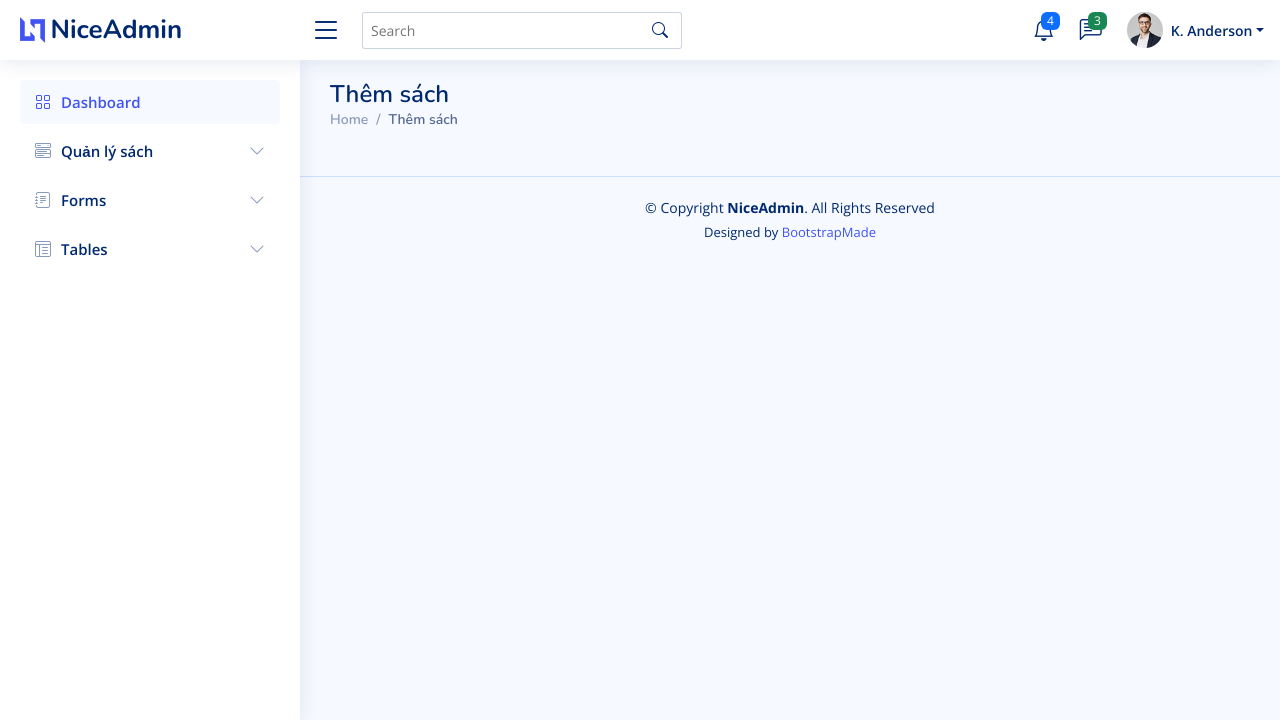
Repository: Hoainam7895123/library_manager
Page: http://localhost/library_manager/addBook.jsp
These files come from the project's save history. The page is drawn as it stood at one moment and after the next save; the edit follows.
The browser window is 1280 px wide. The pictures show the whole page.
The page is served by Tomcat 9. Other server files are loaded and not shown.

Above is the page before, as saved 2024-06-06 01:07:19.

### library_manager/src/main/webapp/addBook.jsp
<%@page import="java.util.ArrayList"%>
<%@page import="model.Book"%>
<%@ page language="java" contentType="text/html; charset=UTF-8"
	pageEncoding="UTF-8"%>
<!DOCTYPE html>
<html lang="en">

<head>
<meta charset="utf-8">
<meta content="width=device-width, initial-scale=1.0" name="viewport">

<title>Dashboard - NiceAdmin Bootstrap Template</title>
<meta content="" name="description">
<meta content="" name="keywords">

<!-- Favicons -->
<link href="/img/favicon.png" rel="icon">
<link href="/img/apple-touch-icon.png" rel="apple-touch-icon">

<!-- Google Fonts -->
<link href="https://fonts.gstatic.com" rel="preconnect">
<link
	href="https://fonts.googleapis.com/css?family=Open+Sans:300,300i,400,400i,600,600i,700,700i|Nunito:300,300i,400,400i,600,600i,700,700i|Poppins:300,300i,400,400i,500,500i,600,600i,700,700i"
	rel="stylesheet">

<!-- Vendor CSS Files -->
<link href="css/bootstrap.min.css" rel="stylesheet">
<link href="css/bootstrap-icons/bootstrap-icons.css" rel="stylesheet">
<link href="css/boxicons.min.css" rel="stylesheet">
<link href="css/quill.snow.css" rel="stylesheet">
<link href="css/quill.bubble.css" rel="stylesheet">
<link href="css/remixicon.css" rel="stylesheet">
<link href="css/style.css" rel="stylesheet">

<!-- Template Main CSS File -->
<link href="css/stylex.css" rel="stylesheet">

<!-- =======================================================
  * Template Name: NiceAdmin
  * Template URL: https://bootstrapmade.com/nice-admin-bootstrap-admin-html-template/
  * Updated: Apr 20 2024 with Bootstrap v5.3.3
  * Author: BootstrapMade.com
  * License: https://bootstrapmade.com/license/
  ======================================================== -->
</head>

<body>

	<!-- ======= Header ======= -->
	<header id="header" class="header fixed-top d-flex align-items-center">

		<div class="d-flex align-items-center justify-content-between">
			<a href="index.html" class="logo d-flex align-items-center"> <img
				src="assets/img/logo.png" alt=""> <span
				class="d-none d-lg-block">NiceAdmin</span>
			</a> <i class="bi bi-list toggle-sidebar-btn"></i>
		</div>
		<!-- End Logo -->

		<div class="search-bar">
			<form class="search-form d-flex align-items-center" method="POST"
				action="#">
				<input type="text" name="query" placeholder="Search"
					title="Enter search keyword">
				<button type="submit" title="Search">
					<i class="bi bi-search"></i>
				</button>
			</form>
		</div>
		<!-- End Search Bar -->

		<nav class="header-nav ms-auto">
			<ul class="d-flex align-items-center">

				<li class="nav-item d-block d-lg-none"><a
					class="nav-link nav-icon search-bar-toggle " href="#"> <i
						class="bi bi-search"></i>
				</a></li>
				<!-- End Search Icon-->

				<li class="nav-item dropdown"><a class="nav-link nav-icon"
					href="#" data-bs-toggle="dropdown"> <i class="bi bi-bell"></i>
						<span class="badge bg-primary badge-number">4</span>
				</a> <!-- End Notification Icon -->

					<ul
						class="dropdown-menu dropdown-menu-end dropdown-menu-arrow notifications">
						<li class="dropdown-header">You have 4 new notifications <a
							href="#"><span class="badge rounded-pill bg-primary p-2 ms-2">View
									all</span></a>
						</li>
						<li>
							<hr class="dropdown-divider">
						</li>

						<li class="notification-item"><i
							class="bi bi-exclamation-circle text-warning"></i>
							<div>
								<h4>Lorem Ipsum</h4>
								<p>Quae dolorem earum veritatis oditseno</p>
								<p>30 min. ago</p>
							</div></li>

						<li>
							<hr class="dropdown-divider">
						</li>

						<li class="notification-item"><i
							class="bi bi-x-circle text-danger"></i>
							<div>
								<h4>Atque rerum nesciunt</h4>
								<p>Quae dolorem earum veritatis oditseno</p>
								<p>1 hr. ago</p>
							</div></li>

						<li>
							<hr class="dropdown-divider">
						</li>

						<li class="notification-item"><i
							class="bi bi-check-circle text-success"></i>
							<div>
								<h4>Sit rerum fuga</h4>
								<p>Quae dolorem earum veritatis oditseno</p>
								<p>2 hrs. ago</p>
							</div></li>

						<li>
							<hr class="dropdown-divider">
						</li>

						<li class="notification-item"><i
							class="bi bi-info-circle text-primary"></i>
							<div>
								<h4>Dicta reprehenderit</h4>
								<p>Quae dolorem earum veritatis oditseno</p>
								<p>4 hrs. ago</p>
							</div></li>

						<li>
							<hr class="dropdown-divider">
						</li>
						<li class="dropdown-footer"><a href="#">Show all
								notifications</a></li>

					</ul> <!-- End Notification Dropdown Items --></li>
				<!-- End Notification Nav -->

				<li class="nav-item dropdown"><a class="nav-link nav-icon"
					href="#" data-bs-toggle="dropdown"> <i
						class="bi bi-chat-left-text"></i> <span
						class="badge bg-success badge-number">3</span>
				</a> <!-- End Messages Icon -->

					<ul
						class="dropdown-menu dropdown-menu-end dropdown-menu-arrow messages">
						<li class="dropdown-header">You have 3 new messages <a
							href="#"><span class="badge rounded-pill bg-primary p-2 ms-2">View
									all</span></a>
						</li>
						<li>
							<hr class="dropdown-divider">
						</li>

						<li class="message-item"><a href="#"> <img
								src="assets/img/messages-1.jpg" alt="" class="rounded-circle">
								<div>
									<h4>Maria Hudson</h4>
									<p>Velit asperiores et ducimus soluta repudiandae labore
										officia est ut...</p>
									<p>4 hrs. ago</p>
								</div>
						</a></li>
						<li>
							<hr class="dropdown-divider">
						</li>

						<li class="message-item"><a href="#"> <img
								src="assets/img/messages-2.jpg" alt="" class="rounded-circle">
								<div>
									<h4>Anna Nelson</h4>
									<p>Velit asperiores et ducimus soluta repudiandae labore
										officia est ut...</p>
									<p>6 hrs. ago</p>
								</div>
						</a></li>
						<li>
							<hr class="dropdown-divider">
						</li>

						<li class="message-item"><a href="#"> <img
								src="assets/img/messages-3.jpg" alt="" class="rounded-circle">
								<div>
									<h4>David Muldon</h4>
									<p>Velit asperiores et ducimus soluta repudiandae labore
										officia est ut...</p>
									<p>8 hrs. ago</p>
								</div>
						</a></li>
						<li>
							<hr class="dropdown-divider">
						</li>

						<li class="dropdown-footer"><a href="#">Show all messages</a>
						</li>

					</ul> <!-- End Messages Dropdown Items --></li>
				<!-- End Messages Nav -->

				<li class="nav-item dropdown pe-3"><a
					class="nav-link nav-profile d-flex align-items-center pe-0"
					href="#" data-bs-toggle="dropdown"> <img
						src="assets/img/profile-img.jpg" alt="Profile"
						class="rounded-circle"> <span
						class="d-none d-md-block dropdown-toggle ps-2">K. Anderson</span>
				</a> <!-- End Profile Iamge Icon -->

					<ul
						class="dropdown-menu dropdown-menu-end dropdown-menu-arrow profile">
						<li class="dropdown-header">
							<h6>Kevin Anderson</h6> <span>Web Designer</span>
						</li>
						<li>
							<hr class="dropdown-divider">
						</li>

						<li><a class="dropdown-item d-flex align-items-center"
							href="users-profile.html"> <i class="bi bi-person"></i> <span>My
									Profile</span>
						</a></li>
						<li>
							<hr class="dropdown-divider">
						</li>

						<li><a class="dropdown-item d-flex align-items-center"
							href="users-profile.html"> <i class="bi bi-gear"></i> <span>Account
									Settings</span>
						</a></li>
						<li>
							<hr class="dropdown-divider">
						</li>

						<li><a class="dropdown-item d-flex align-items-center"
							href="pages-faq.html"> <i class="bi bi-question-circle"></i>
								<span>Need Help?</span>
						</a></li>
						<li>
							<hr class="dropdown-divider">
						</li>

						<li><a class="dropdown-item d-flex align-items-center"
							href="#"> <i class="bi bi-box-arrow-right"></i> <span>Sign
									Out</span>
						</a></li>

					</ul> <!-- End Profile Dropdown Items --></li>
				<!-- End Profile Nav -->

			</ul>
		</nav>
		<!-- End Icons Navigation -->

	</header>
	<!-- End Header -->

	<!-- ======= Sidebar ======= -->
	<aside id="sidebar" class="sidebar">

		<ul class="sidebar-nav" id="sidebar-nav">

			<li class="nav-item"><a class="nav-link " href="index.html">
					<i class="bi bi-grid"></i> <span>Dashboard</span>
			</a></li>
			<!-- End Dashboard Nav -->

			<li class="nav-item"><a class="nav-link collapsed"
				data-bs-target="#components-nav" data-bs-toggle="collapse" href="#">
					<i class="bi bi-menu-button-wide"></i><span>Quản lý sách</span><i
					class="bi bi-chevron-down ms-auto"></i>
			</a>
				<ul id="components-nav" class="nav-content collapse "
					data-bs-parent="#sidebar-nav">
					<li><a href="components-alerts.html"> <i
							class="bi bi-circle"></i><span>Alerts</span>
					</a></li>
					<li><a href="components-accordion.html"> <i
							class="bi bi-circle"></i><span>Accordion</span>
					</a></li>
					<li><a href="components-badges.html"> <i
							class="bi bi-circle"></i><span>Badges</span>
					</a></li>
				</ul></li>
			<!-- End Components Nav -->

			<li class="nav-item"><a class="nav-link collapsed"
				data-bs-target="#forms-nav" data-bs-toggle="collapse" href="#">
					<i class="bi bi-journal-text"></i><span>Forms</span><i
					class="bi bi-chevron-down ms-auto"></i>
			</a>
				<ul id="forms-nav" class="nav-content collapse "
					data-bs-parent="#sidebar-nav">
					<li><a href="forms-elements.html"> <i class="bi bi-circle"></i><span>Form
								Elements</span>
					</a></li>
					<li><a href="forms-layouts.html"> <i class="bi bi-circle"></i><span>Form
								Layouts</span>
					</a></li>
				</ul></li>
			<!-- End Forms Nav -->

			<li class="nav-item"><a class="nav-link collapsed"
				data-bs-target="#tables-nav" data-bs-toggle="collapse" href="#">
					<i class="bi bi-layout-text-window-reverse"></i><span>Tables</span><i
					class="bi bi-chevron-down ms-auto"></i>
			</a>
				<ul id="tables-nav" class="nav-content collapse "
					data-bs-parent="#sidebar-nav">
					<li><a href="tables-general.html"> <i class="bi bi-circle"></i><span>General
								Tables</span>
					</a></li>
					<li><a href="tables-data.html"> <i class="bi bi-circle"></i><span>Data
								Tables</span>
					</a></li>
				</ul></li>
			<!-- End Tables Nav -->

		</ul>

	</aside>
	<!-- End Sidebar-->

	<main id="main" class="main">

		<div class="pagetitle">
			<div class="row">
				<div class="col-10">
					<h1>Thêm sách</h1>
					<nav>
						<ol class="breadcrumb">
							<li class="breadcrumb-item"><a href="index.html">Home</a></li>
							<li class="breadcrumb-item active">Thêm sách</li>
						</ol>
					</nav>
				</div>
				<div class="col-2">
				</div>
			</div>
		</div>
		<!-- End Page Title -->

		<section class="section dashboard">
			<div class="row">

			</div>
		</section>

	</main>
	<!-- End #main -->

	<!-- ======= Footer ======= -->
	<footer id="footer" class="footer">
		<div class="copyright">
			&copy; Copyright <strong><span>NiceAdmin</span></strong>. All Rights
			Reserved
		</div>
		<div class="credits">
			<!-- All the links in the footer should remain intact. -->
			<!-- You can delete the links only if you purchased the pro version. -->
			<!-- Licensing information: https://bootstrapmade.com/license/ -->
			<!-- Purchase the pro version with working PHP/AJAX contact form: https://bootstrapmade.com/nice-admin-bootstrap-admin-html-template/ -->
			Designed by <a href="https://bootstrapmade.com/">BootstrapMade</a>
		</div>
	</footer>
	<!-- End Footer -->

	<a href="#"
		class="back-to-top d-flex align-items-center justify-content-center"><i
		class="bi bi-arrow-up-short"></i></a>

	<!-- Vendor JS Files -->
	<script src="${pageContext.request.contextPath}/js/apexcharts.min.js"></script>
	<script
		src="${pageContext.request.contextPath}/js/bootstrap.bundle.min.js"></script>

	<script src="/js/echarts.min.js"></script>

	<script src="/js/tinymce.min.js"></script>
	<script src="/js/validate.js"></script>
	<!-- Template Main JS File -->
	<script src="/js/main.js"></script>

</body>

</html>

### library_manager/src/main/webapp/css/style.css
.datatable-wrapper.no-header .datatable-container {
	border-top: 1px solid #d9d9d9;
}

.datatable-wrapper.no-footer .datatable-container {
	border-bottom: 1px solid #d9d9d9;
}

.datatable-top,
.datatable-bottom {
	padding: 8px 10px;
}

.datatable-top > nav:first-child,
.datatable-top > div:first-child,
.datatable-bottom > nav:first-child,
.datatable-bottom > div:first-child {
	float: left;
}

.datatable-top > nav:last-child,
.datatable-top > div:not(first-child),
.datatable-bottom > nav:last-child,
.datatable-bottom > div:last-child {
	float: right;
}

.datatable-selector {
	padding: 6px;
}

.datatable-input {
	padding: 6px 12px;
}

.datatable-info {
	margin: 7px 0;
}

/* PAGER */
.datatable-pagination ul {
	margin: 0;
	padding-left: 0;
}

.datatable-pagination li {
	list-style: none;
	float: left;
}

.datatable-pagination li.datatable-hidden {
    visibility: hidden;
}

.datatable-pagination a,
.datatable-pagination button {
	border: 1px solid transparent;
	float: left;
	margin-left: 2px;
	padding: 6px 12px;
	position: relative;
	text-decoration: none;
	color: #333;
    cursor: pointer;
}

.datatable-pagination a:hover,
.datatable-pagination button:hover {
	background-color: #d9d9d9;
}

.datatable-pagination .datatable-active a,
.datatable-pagination .datatable-active a:focus,
.datatable-pagination .datatable-active a:hover,
.datatable-pagination .datatable-active button,
.datatable-pagination .datatable-active button:focus,
.datatable-pagination .datatable-active button:hover {
	background-color: #d9d9d9;
	cursor: default;
}

.datatable-pagination .datatable-ellipsis a,
.datatable-pagination .datatable-disabled a,
.datatable-pagination .datatable-disabled a:focus,
.datatable-pagination .datatable-disabled a:hover,
.datatable-pagination .datatable-ellipsis button,
.datatable-pagination .datatable-disabled button,
.datatable-pagination .datatable-disabled button:focus,
.datatable-pagination .datatable-disabled button:hover {
    pointer-events: none;
    cursor: default;
}

.datatable-pagination .datatable-disabled a,
.datatable-pagination .datatable-disabled a:focus,
.datatable-pagination .datatable-disabled a:hover,
.datatable-pagination .datatable-disabled button,
.datatable-pagination .datatable-disabled button:focus,
.datatable-pagination .datatable-disabled button:hover {
	cursor: not-allowed;
	opacity: 0.4;
}

.datatable-pagination .datatable-pagination a,
.datatable-pagination .datatable-pagination button {
	font-weight: bold;
}

/* TABLE */
.datatable-table {
	max-width: 100%;
	width: 100%;
	border-spacing: 0;
	border-collapse: separate;
}

.datatable-table > tbody > tr > td,
.datatable-table > tbody > tr > th,
.datatable-table > tfoot > tr > td,
.datatable-table > tfoot > tr > th,
.datatable-table > thead > tr > td,
.datatable-table > thead > tr > th {
	vertical-align: top;
	padding: 8px 10px;
}

.datatable-table > thead > tr > th {
	vertical-align: bottom;
	text-align: left;
	border-bottom: 1px solid #d9d9d9;
}

.datatable-table > tfoot > tr > th {
	vertical-align: bottom;
	text-align: left;
	border-top: 1px solid #d9d9d9;
}

.datatable-table th {
	vertical-align: bottom;
	text-align: left;
}

.datatable-table th a {
	text-decoration: none;
	color: inherit;
}

.datatable-table th button,
.datatable-pagination-list button {
    color: inherit;
    border: 0;
    background-color: inherit;
    cursor: pointer;
    text-align: inherit;
    font-weight: inherit;
    font-size: inherit;
}

.datatable-sorter, .datatable-filter {
	display: inline-block;
	height: 100%;
	position: relative;
	width: 100%;
}

.datatable-sorter::before,
.datatable-sorter::after {
	content: "";
	height: 0;
	width: 0;
	position: absolute;
	right: 4px;
	border-left: 4px solid transparent;
	border-right: 4px solid transparent;
	opacity: 0.2;
}


.datatable-sorter::before {
	border-top: 4px solid #000;
	bottom: 0px;
}

.datatable-sorter::after {
	border-bottom: 4px solid #000;
	border-top: 4px solid transparent;
	top: 0px;
}

.datatable-ascending .datatable-sorter::after,
.datatable-descending .datatable-sorter::before,
.datatable-ascending .datatable-filter::after,
.datatable-descending .datatable-filter::before {
	opacity: 0.6;
}

.datatable-filter::before {
    content: "";
    position: absolute;
    right: 4px;
    opacity: 0.2;
    width: 0;
    height: 0;
    border-left: 7px solid transparent;
    border-right: 7px solid transparent;
	border-radius: 50%;
    border-top: 10px solid #000;
    top: 25%;
}

.datatable-filter-active .datatable-filter::before {
    opacity: 0.6;
}

.datatable-empty {
	text-align: center;
}

.datatable-top::after, .datatable-bottom::after {
	clear: both;
	content: " ";
	display: table;
}

table.datatable-table:focus tr.datatable-cursor > td:first-child {
	border-left: 3px blue solid;
}

table.datatable-table:focus {
	outline: solid 1px black;
    outline-offset: -1px;
}

Loaded but not shown: library_manager/src/main/webapp/css/bootstrap.min.css (library); library_manager/src/main/webapp/css/bootstrap-icons/bootstrap-icons.css (library); library_manager/src/main/webapp/css/boxicons.min.css (library); library_manager/src/main/webapp/css/quill.snow.css (library); library_manager/src/main/webapp/css/quill.bubble.css (library); library_manager/src/main/webapp/js/apexcharts.min.js (library); library_manager/src/main/webapp/js/bootstrap.bundle.min.js (library); library_manager/src/main/webapp/js/echarts.min.js (library); library_manager/src/main/webapp/js/tinymce.min.js (library); library_manager/src/main/webapp/js/main.js (319 lines, source omitted); library_manager/src/main/webapp/js/validate.js (85 lines, source omitted); library_manager/src/main/webapp/css/remixicon.css (2895 lines, source omitted); library_manager/src/main/webapp/css/stylex.css (1233 lines, source omitted)

After the next save:
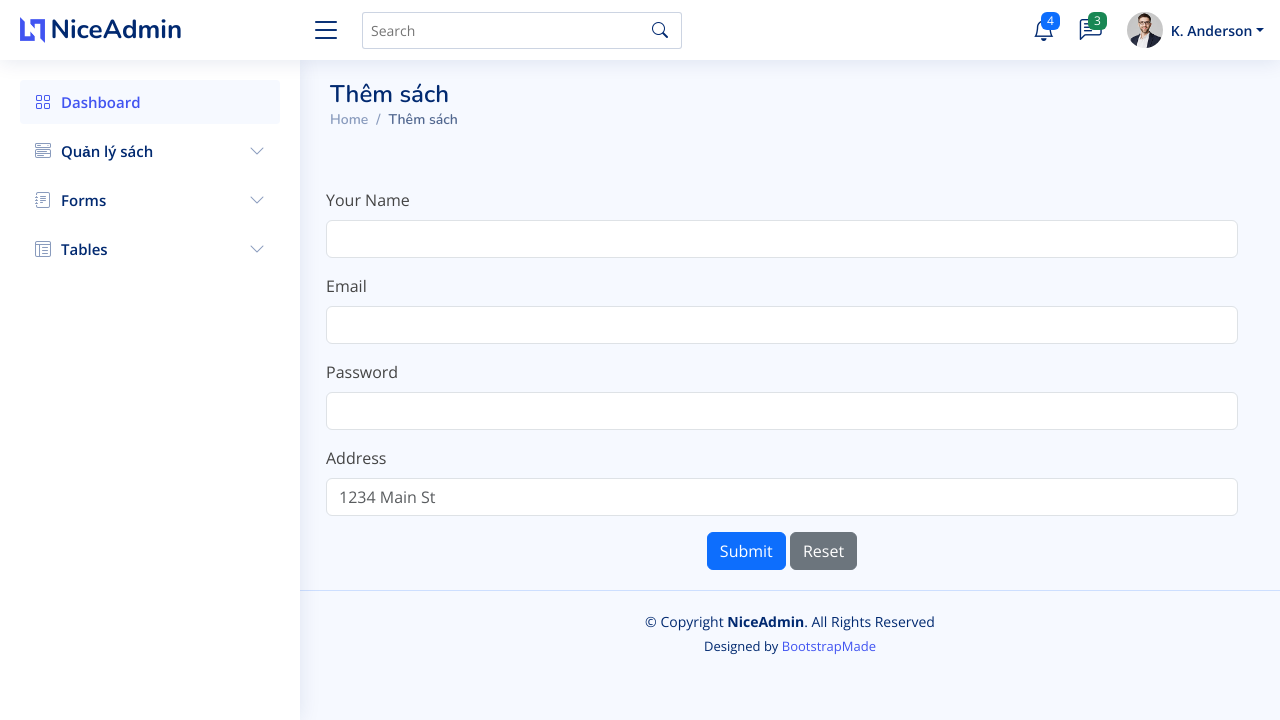
Saved 2 min 15 s later.
--- a/library_manager/src/main/webapp/addBook.jsp
+++ b/library_manager/src/main/webapp/addBook.jsp
@@ -350,7 +350,29 @@
 
 		<section class="section dashboard">
 			<div class="row">
-
+				<!-- Vertical Form -->
+              <form class="row g-3">
+                <div class="col-12">
+                  <label for="inputNanme4" class="form-label">Your Name</label>
+                  <input type="text" class="form-control" id="inputNanme4">
+                </div>
+                <div class="col-12">
+                  <label for="inputEmail4" class="form-label">Email</label>
+                  <input type="email" class="form-control" id="inputEmail4">
+                </div>
+                <div class="col-12">
+                  <label for="inputPassword4" class="form-label">Password</label>
+                  <input type="password" class="form-control" id="inputPassword4">
+                </div>
+                <div class="col-12">
+                  <label for="inputAddress" class="form-label">Address</label>
+                  <input type="text" class="form-control" id="inputAddress" placeholder="1234 Main St">
+                </div>
+                <div class="text-center">
+                  <button type="submit" class="btn btn-primary">Submit</button>
+                  <button type="reset" class="btn btn-secondary">Reset</button>
+                </div>
+              </form><!-- Vertical Form -->
 			</div>
 		</section>
 
